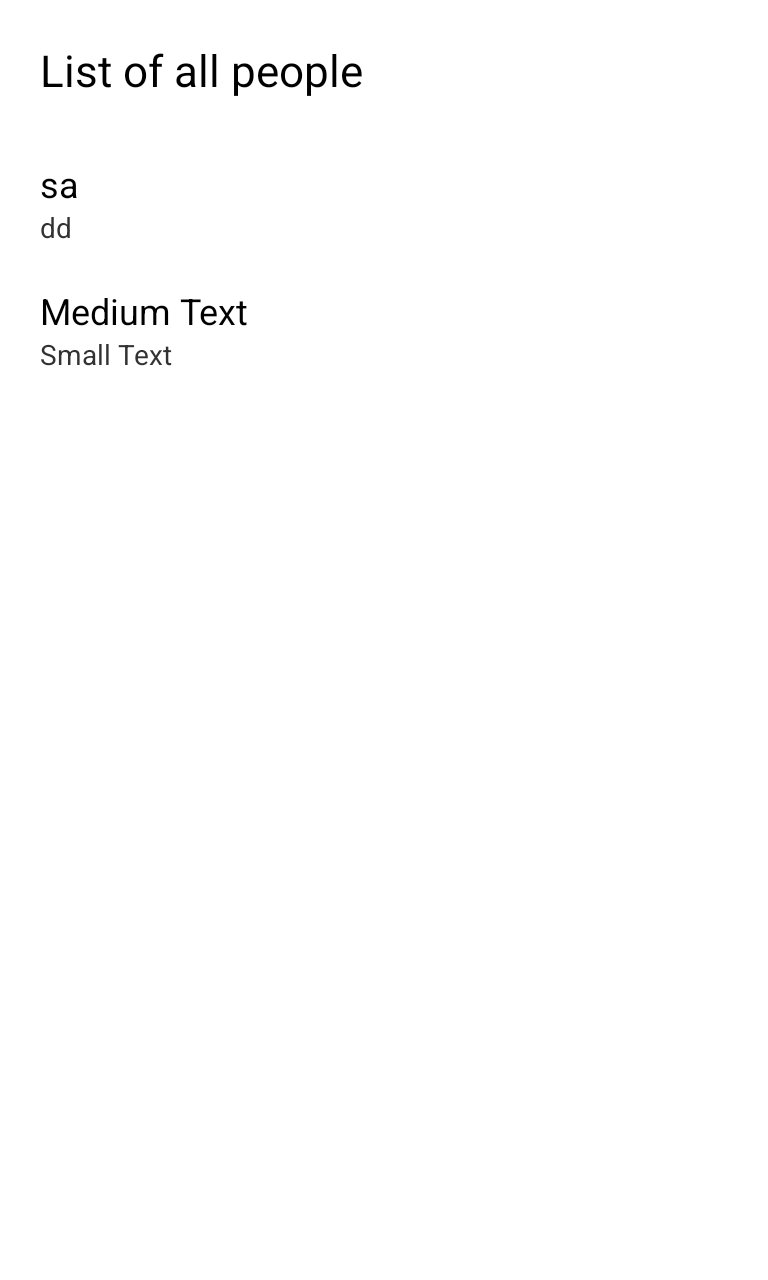
Repository: SimonIsMe/workspace_android
Layout: Lista5/res/layout/activity_list_of_people.xml
An editor plug-in stored every save of this project. The layout is shown before and after the next save, followed by the edit.
It is drawn on a 768 x 1280 px phone screen (xhdpi) without system bars, with theme AppTheme; the app's code is not run.

Above is the layout before, as saved 2012-12-10 13:13:54.

### Lista5/res/layout/activity_list_of_people.xml
<RelativeLayout xmlns:android="http://schemas.android.com/apk/res/android"
    xmlns:tools="http://schemas.android.com/tools"
    android:layout_width="fill_parent"
    android:layout_height="fill_parent" >

    <TableLayout
        android:layout_width="fill_parent"
        android:layout_height="fill_parent"
        android:layout_alignParentLeft="true"
        android:layout_alignParentTop="true"
        android:layout_margin="20dp" >



        <TableRow
            android:id="@+id/tableRow1"
            android:layout_width="fill_parent"
            android:layout_height="wrap_content" >

            <TextView
                android:id="@+id/textView1"
                android:layout_width="fill_parent"
                android:layout_height="wrap_content"
                android:layout_marginBottom="30dp"
                android:layout_weight="1"
                android:text="List of all people"
                android:textAppearance="?android:attr/textAppearanceLarge" />
        </TableRow>

        <TableRow
            android:id="@+id/tableRow2"
            android:layout_width="fill_parent"
            android:layout_height="wrap_content" >

            <TextView
                android:id="@+id/fullName1"
                android:layout_width="fill_parent"
                android:layout_height="wrap_content"
                android:layout_weight="1"
                android:text="sa"
                android:textAppearance="?android:attr/textAppearanceMedium" />
        </TableRow>

        <TableRow
            android:id="@+id/tableRow3"
            android:layout_width="fill_parent"
            android:layout_height="wrap_content"
            android:layout_marginBottom="20dp" >

            <TextView
                android:id="@+id/date1"
                android:layout_width="fill_parent"
                android:layout_height="wrap_content"
                android:text="dd"
                android:textAppearance="?android:attr/textAppearanceSmall" />
        </TableRow>

        <TableRow
            android:id="@+id/TableRow01"
            android:layout_width="fill_parent"
            android:layout_height="wrap_content" >

            <TextView
                android:id="@+id/fullName2"
                android:layout_width="fill_parent"
                android:layout_height="wrap_content"
                android:layout_weight="1"
                android:text="Medium Text"
                android:textAppearance="?android:attr/textAppearanceMedium" />
        </TableRow>

        <TableRow
            android:id="@+id/TableRow02"
            android:layout_width="fill_parent"
            android:layout_height="wrap_content"
            android:layout_marginBottom="20dp" >

            <TextView
                android:id="@+id/date2"
                android:layout_width="fill_parent"
                android:layout_height="wrap_content"
                android:text="Small Text"
                android:textAppearance="?android:attr/textAppearanceSmall" />
        </TableRow>
    </TableLayout>

</RelativeLayout>

Loaded but not shown: Lista5/res/values/styles.xml (common file)

After the next save:
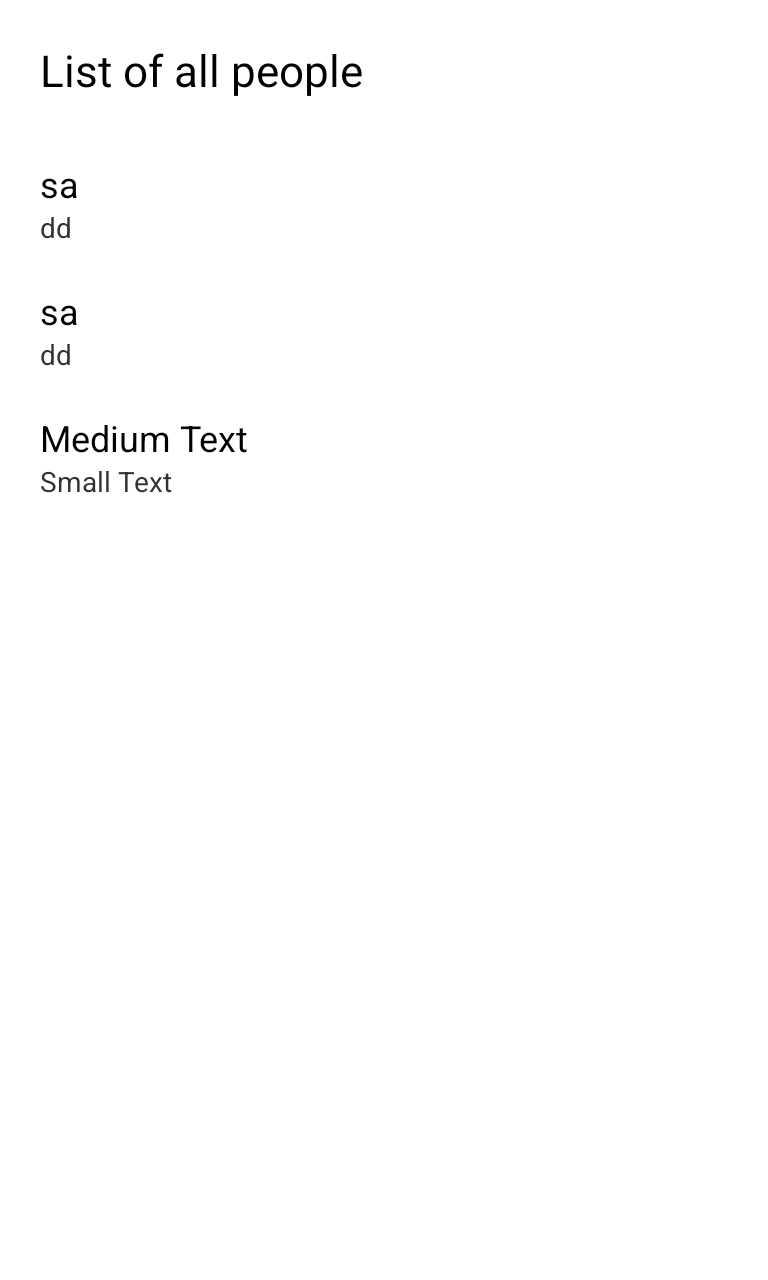
Saved 7 s later.
--- a/Lista5/res/layout/activity_list_of_people.xml
+++ b/Lista5/res/layout/activity_list_of_people.xml
@@ -25,6 +25,34 @@
                 android:layout_weight="1"
                 android:text="List of all people"
                 android:textAppearance="?android:attr/textAppearanceLarge" />
+        </TableRow>
+
+        <TableRow
+            android:id="@+id/tableRow2"
+            android:layout_width="fill_parent"
+            android:layout_height="wrap_content" >
+
+            <TextView
+                android:id="@+id/fullName1"
+                android:layout_width="fill_parent"
+                android:layout_height="wrap_content"
+                android:layout_weight="1"
+                android:text="sa"
+                android:textAppearance="?android:attr/textAppearanceMedium" />
+        </TableRow>
+
+        <TableRow
+            android:id="@+id/tableRow3"
+            android:layout_width="fill_parent"
+            android:layout_height="wrap_content"
+            android:layout_marginBottom="20dp" >
+
+            <TextView
+                android:id="@+id/date1"
+                android:layout_width="fill_parent"
+                android:layout_height="wrap_content"
+                android:text="dd"
+                android:textAppearance="?android:attr/textAppearanceSmall" />
         </TableRow>
 
         <TableRow
